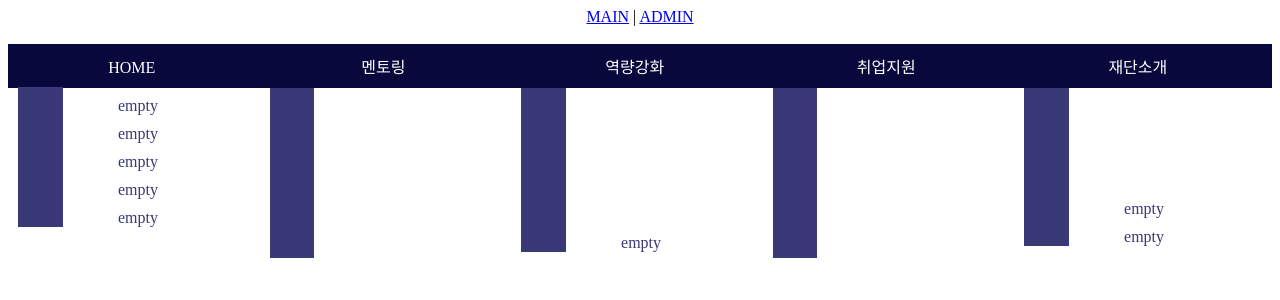
Repository: nywogud/promoPoli
Page: http://localhost/poli/WEB-INF/views/home.jsp
These files come from the project's save history. The page is drawn as it stood at one moment and after the next save; the edit follows.
The browser window is 1280 px wide. The pictures show the whole page.
The page is served by Tomcat 9. Nobody is signed in. The template is opened directly, without the code that normally fills it, so the values that code supplies are empty.

Above is the page before, as saved 2021-06-30 07:30:55.

After the next save:
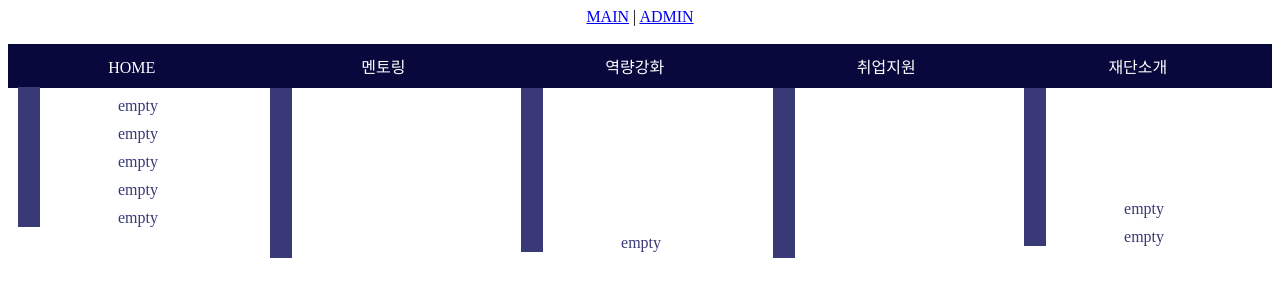
Saved 66 s later.
--- a/workspace/poli/src/main/webapp/WEB-INF/views/home.jsp
+++ b/workspace/poli/src/main/webapp/WEB-INF/views/home.jsp
@@ -33,7 +33,7 @@ ul.main>li ul.sub {
 	background: rgb(57, 57, 119);
 	text-align: center;
 	margin-top: 10px;
-	width: 18%;
+	width: 9%;
 
 }
 
